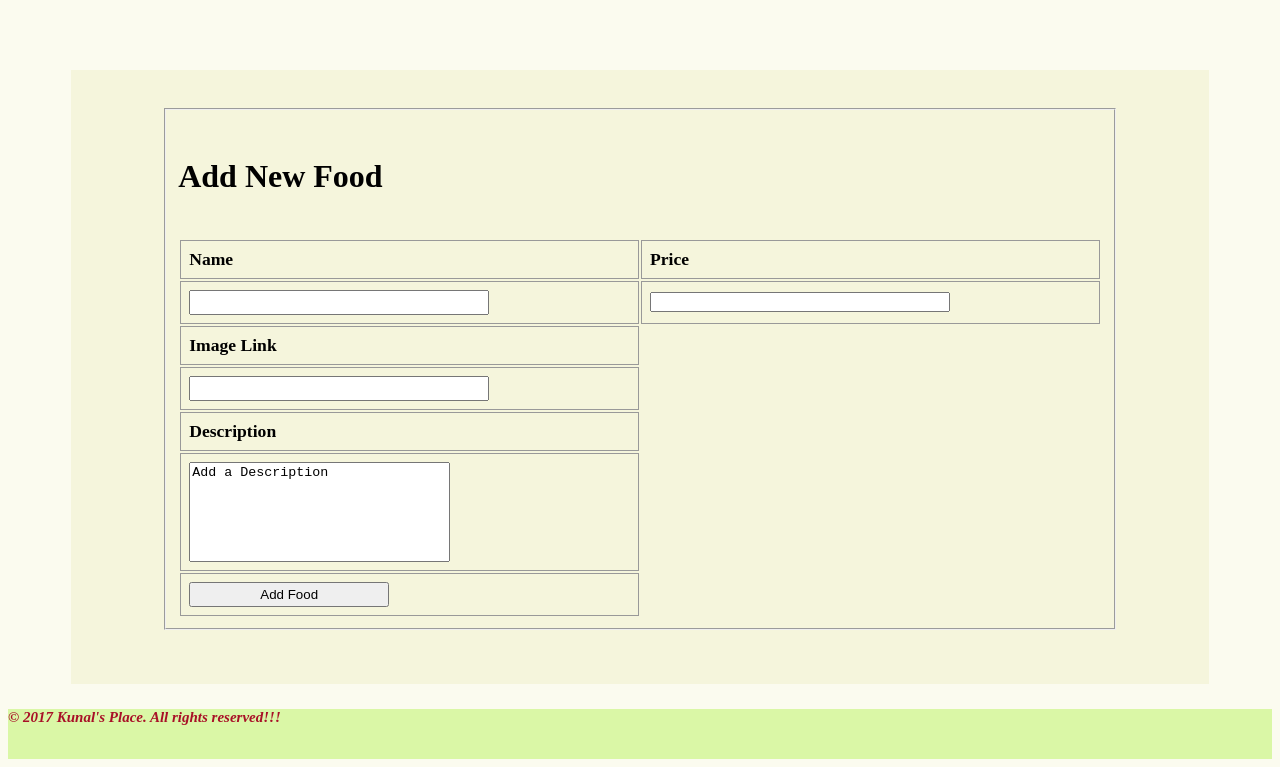
Repository: csula-students/cs-3220-summer-2017-kjuneja
Page: http://localhost/lab4/AdminCreate-food.jsp
These files come from the project's save history. The page is drawn as it stood at one moment and after the next save; the edit follows.
The browser window is 1280 px wide. The pictures show the whole page.
The page is served by Tomcat 9. Other server files are loaded and not shown.

Above is the page before, as saved 2017-07-20 17:23:11.

### lab4/lab4/WebContent/AdminCreate-food.jsp
<%@ page language="java" contentType="text/html; charset=UTF-8"
    pageEncoding="UTF-8"%>
         <%@ taglib prefix= "tag" uri="WEB-INF/admin-header.tld" %>
    <%@taglib prefix="c" uri="http://java.sun.com/jsp/jstl/core"%>
    <%@ taglib prefix = "fmt" uri = "http://java.sun.com/jsp/jstl/fmt" %>

<html>
<head>

<link rel="stylesheet" href="app.css">
<meta http-equiv="Content-Type" content="text/html; charset=UTF-8">
</head>

<body>

<section>

<form name = "Create New Food" id = "NewFood Form" method="post">

<fieldset>


    <h4>Add New Food</h4>



<table>
<tr>

<td><label for FoodName> Name </label></td>
<td><label for Price>Price </label></td>

</tr>

<tr>
<td><input type="text" name="FoodName" id="name" style="width: 300px; height: 25px" /></td>
<td><input type="text" name="Price" id="price"style="width: 300px; height: 20px"/></td>

</tr>

<tr>
<td><label for ImgLink> Image Link </label></td>
</tr>
<tr>
<td><input type="text" name="ImgLink" id="ImgLink" style="width: 300px; height: 25px" /> </td>
</tr>
<tr>
<td><label for Dsc> Description </label></td>
</tr>
<tr>
<td><textarea name="message" rows="10" cols="30">
Add a Description
</textarea></td>
</tr>
<tr>
<td><button id="AddFood"style="width: 200px; height: 25px;" align= "right;">      Add Food</button></td>
</table>
</fieldset>
</form>

</section>

    <footer>
			<h5> © 2017 Kunal's Place. All rights reserved!!!</h5>
		</footer>

	</body>
	</html>

### lab4/lab4/WebContent/app.css
header{
	width: *;
	height: 250 px;
background-color: #DAF7A6;
display: flex;
}
header .pic{
	flex:1;
	order:1;
	width:150px;
	height:150px;

}
 h1{
	flex:5;
	order:2;
text-align: center;
font-size: 180px
font-style: italic;
color: #F50B07;
}
h3{
	flex:15;
	order:32;
text-align: center;
font-size: 500px
font-style: italic;
color: #A81027;
}
header nav{
	flex:2;
	order:3;
	text-align: right;
	font-size:30px;

}
main{
	width: *;
	height: 700px;
	background-color: #07F5E3;


}
footer{
width: *;
	height: 50px;
	background-color: #DAF7A6;
}

footer h5{

	font-style: italic;
	text-align: left;
	font-size: 15px;
	color:#A81027;
}
.items{

	text-align: left;

}
table{
	width: 100%;
}

th,td{
	border: 1px solid #999;
  padding: 0.5rem;
  text-align:left;
}







.submit{
background-color:green;
    border: black;
    color: white;
    padding: 10px 22px;
    text-align: center;
    text-decoration: none;
    display: inline-block;
    font-size: 14px;
}
h6{
	flex:5;
	order:2;
text-align: center;
font-size: 50px
font-style: italic;
color: #F50B07;
}


section {

margin: 70px 5% 20px 5%;

background-color: #F5F5DC;

padding: 3%;

}

label {



font-size: 110%;

font-weight: 800;

}
h4{ font-size: 200%;

}

form {

width: 90%;

margin-left: auto;

margin-right: auto;



}

body {

background-color: #FBFBEF;

background-size: 100%;

background-attachment: fixed;

}
textarea {
    overflow-y: scroll;
    height: 100px;
    resize: none;
}

After the next save:
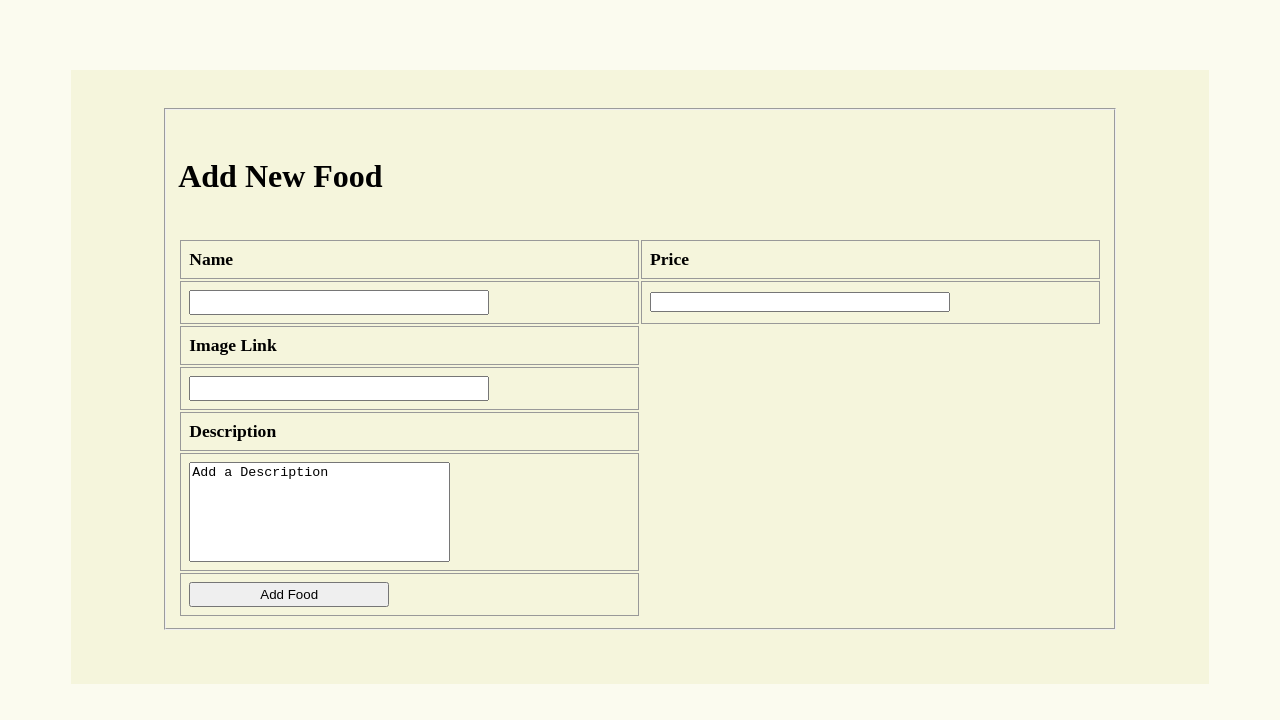
Saved 4 min 54 s later.
--- a/lab4/lab4/WebContent/AdminCreate-food.jsp
+++ b/lab4/lab4/WebContent/AdminCreate-food.jsp
@@ -60,9 +60,7 @@ Add a Description
 
 </section>
 
-    <footer>
-			<h5> © 2017 Kunal's Place. All rights reserved!!!</h5>
-		</footer>
+
 
 	</body>
 	</html>
